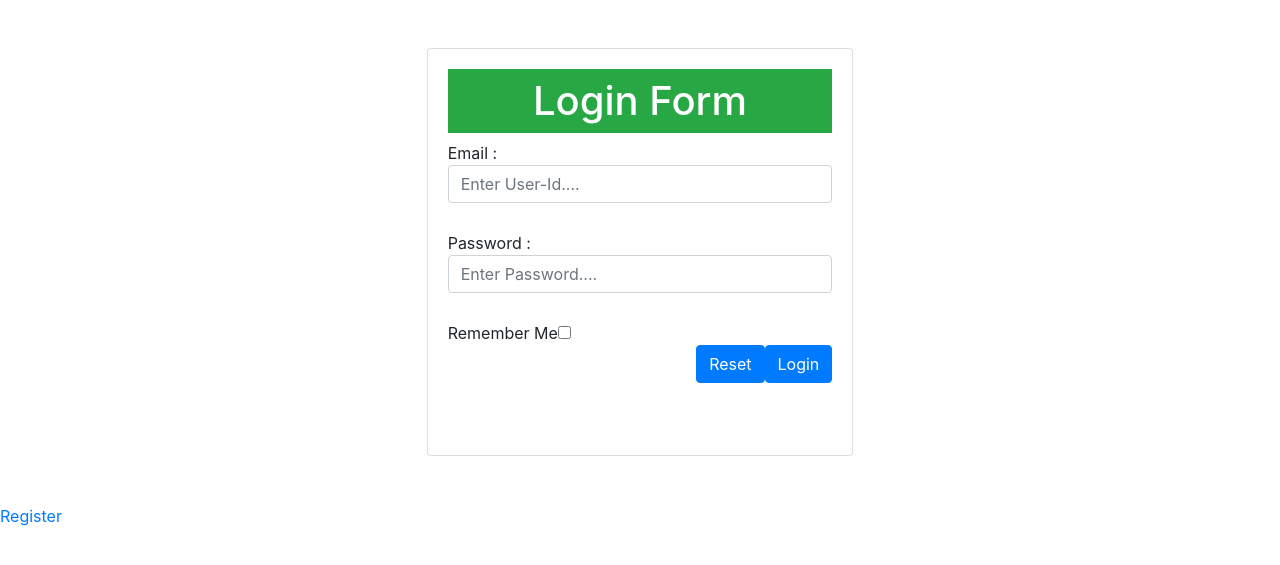
Repository: abhinavk718/servlet-project
Page: empwebapp/WebContent/login.html
An editor plug-in stored every save of this project. The page is shown before and after the next save, followed by the edit.
The browser window is 1280 px wide. The pictures show the whole page.

Above is the page before, as saved 2019-11-15 11:55:17.

### empwebapp/WebContent/login.html
          <!DOCTYPE html>
<html>
<head>
<meta charset="ISO-8859-1">
<title>Login Here</title>
<link rel="stylesheet" href="./Bootstrap/bootstrap-4.3.1-dist/css/bootstrap.min.css">
</head>
<body>
<fieldset>
<form action="./login" class="col-md-4 offset-4 mt-5 mb-5 card card-body" method="post">
    <h1 class="text-center p-2 bg-success text-white" style="background-color: gray;">Login Form</h1>
    <div class="formgroup">
       Email : <input type="text" name="id"class="form-control mb-1" placeholder="Enter User-Id....">
    </div>
    <br>
    <div class="formgroup">
       Password : <input type="password" name="password" class="form-control mb-1" placeholder="Enter Password....">
    </div>
    <br>
    <div class="formgroup">
    Remember Me<input type="checkbox" value="checkbox">
    </div>
    <div class="formgroup">
        <button type="submit" class="btn btn-primary float-right mb-1" >Login</button>
         <button type="reset" class="btn btn-primary float-right mb-1" >Reset</button>
    </div>
    <br><br>
</form>
 <a href="./register.html"> Register</a>
</fieldset>
</body>
</html>

Loaded but not shown: empwebapp/WebContent/Bootstrap/bootstrap-4.3.1-dist/css/bootstrap.min.css (library)

After the next save:
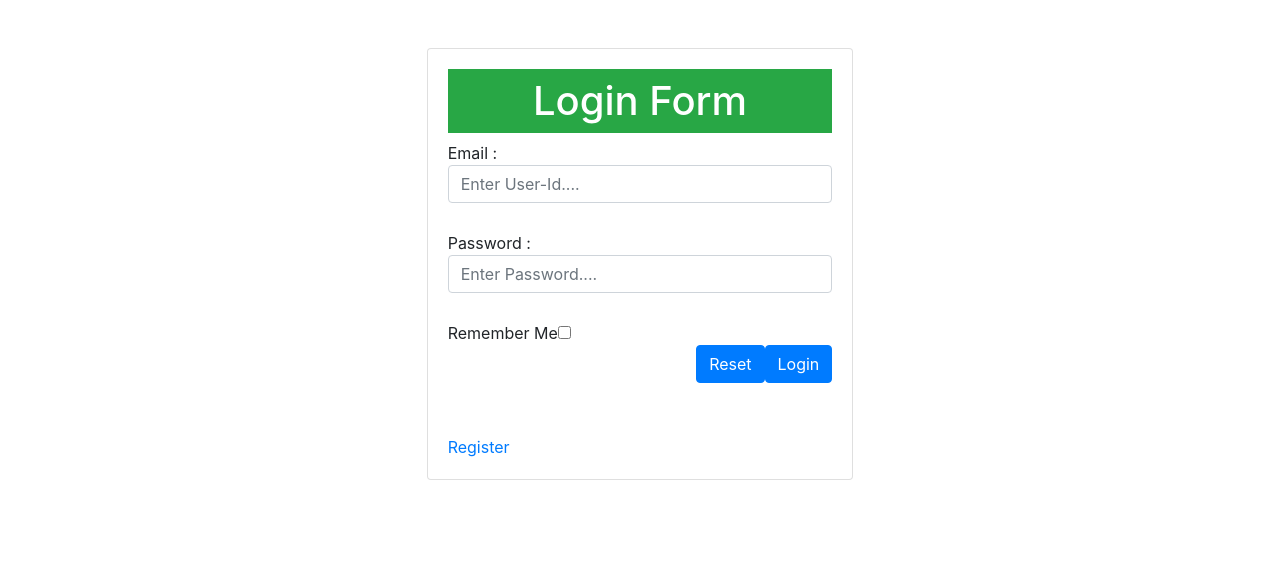
Saved 92 s later.
--- a/empwebapp/WebContent/login.html
+++ b/empwebapp/WebContent/login.html
@@ -25,8 +25,8 @@
          <button type="reset" class="btn btn-primary float-right mb-1" >Reset</button>
     </div>
     <br><br>
+    <a href="./register.html"> Register</a>
 </form>
- <a href="./register.html"> Register</a>
 </fieldset>
 </body>
 </html>
